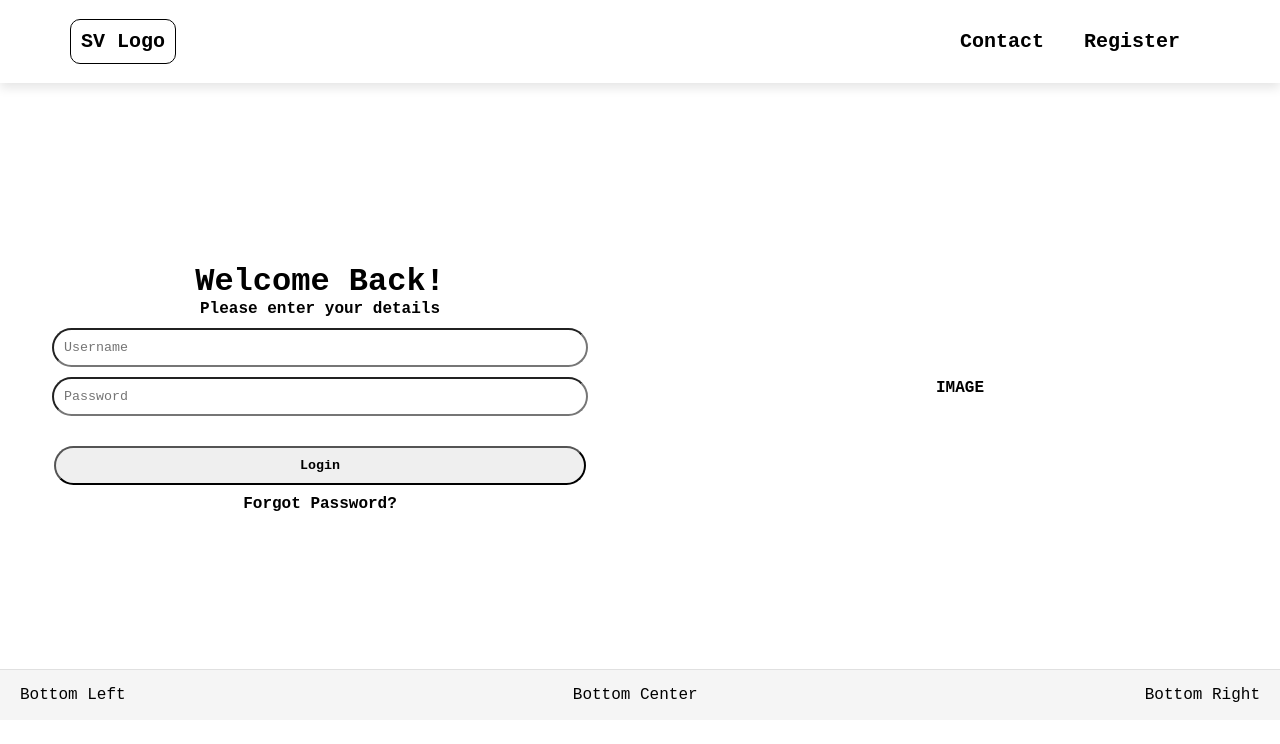
Repository: BuddhimaB/SecureVisionAI
Page: / (app in client/)
These files come from the project's save history. The page is drawn as it stood at one moment and after a run of saves; the edit follows.
The browser window is 1280 px wide. The pictures show the whole page.
The pointer rests on the first visible `.fogotPass`.
The project was rebuilt for these pictures with package versions that can differ from the ones it lists, and the page was loaded fresh each time.

Above is the page before, as saved 2024-07-13 19:25:51.

### client/public/index.html
<!DOCTYPE html>
<html lang="en">
  <head>
    <meta charset="utf-8" />
    <link rel="icon" href="%PUBLIC_URL%/favicon.ico" />
    <meta name="viewport" content="width=device-width, initial-scale=1" />

    <meta
      name="description"
      content="Web site created using create-react-app"
    />
    <link rel="preconnect" href="https://fonts.googleapis.com">
<link rel="preconnect" href="https://fonts.gstatic.com" crossorigin>
<link href="https://fonts.googleapis.com/css2?family=Roboto:ital,wght@0,100;0,300;0,400;0,500;0,700;0,900;1,100;1,300;1,400;1,500;1,700;1,900&display=swap" rel="stylesheet">
<link rel="stylesheet" href="style.css">
    <title>SecureVision App</title>
  </head>
  <body>
    <noscript>You need to enable JavaScript to run this app.</noscript>
    <div id="root"></div>

  </body>
</html>

### client/src/App.js
import Login from "./Pages/Login/login";

function App() {
  return (
    <div className="App">
      <Login />
    </div>
  );
}

export default App;

### client/src/Pages/Login/login.jsx
import './Login.css'
import Topbar from '../../components/Topbar/Topbar'
import Bottom from '../../components/BottomDetails/Bottom'

export default function Login() {
  return (
    <div>
      <Topbar />
      <div className='feedContainer'>
        <div className="feedLeft">
          <h1>Welcome Back!</h1>
          <h4> Please enter your details</h4>
          <div className="inputField">
          <input
          className='inputField'
          type="text"
          placeholder="Username" />

          <input className='inputField'
          type="password"
          placeholder="Password" />
          </div>
          <button className="loginButton">Login</button>
          <span className='fogotPass'>Forgot Password?</span>
        </div>

        <div className="feedRight">
          <h4>IMAGE</h4>

        </div>
        </div>
        <Bottom />
    </div>
  )
}

### client/src/Pages/Login/Login.css
.feedContainer{
    display: flex;
    justify-content: center;
    align-items: center;


}
.feedLeft{
    display: flex;
    flex-direction: column;
    justify-content: center;
    align-items: center;
    width: 50%;
    height: calc(100vh - 110px);

}
.inputField{
    display: flex;
    justify-content: center;
    align-items: center;
    flex-direction: column;
    margin-bottom: 10px;
    padding: 10px;
    border-radius: 40px;
    width: 80%;
}
.inputField > input{
    width: 100%;
    padding: 10px;


    margin-bottom: 10px;
}
.loginButton{
    padding: 10px;
    border-radius: 40px;
    width: 83%;

    color:black;
    font-weight: 700;
    cursor: pointer;
    margin-bottom: 10px;
}
.loginButton:hover{
    background-color: #9b1cc2;
    color:white
}
.fogotPass{
    font-weight: 700;
    cursor: pointer;

}

.feedRight{
    display: flex;
    justify-content: center;
    align-items: center;
    width: 50%;
    height: calc(100vh - 1100px);
    background-color: #fff;
}

### client/src/components/Topbar/Topbar.jsx
import './Topbar.css'

export default function Topbar() {
  return (
    <div className='topbarContainer'>
        <div className="topbarLeft">
            <span className="logo">SV Logo</span>
        </div>

        <div className="topbarRight">
            <div className="topbarLinks">
                <span className="topbarLink">Contact</span>
                <span className="topbarLink">Register</span>
            </div>

        </div>

    </div>
  )
}

### client/src/components/BottomDetails/Bottom.jsx
import './Bottom.css'

export default function Bottom() {
  return (
    <div className='bottomContainer'>
        <div className='bottomLeft'>
            <span>Bottom Left</span>
        </div>
        <div className='bottomCenter'>
            <span>Bottom Center</span>
        </div>
        <div className='bottomRight'>
            <span>Bottom Right</span>
        </div>
    </div>
  )
}

### client/src/components/Topbar/Topbar.css
.topbarContainer{
    display: flex;
    justify-content: space-between;
    align-items: center;
    top: 0;
    z-index: 999;
    padding: 30px;
    background-color: #fff;
    box-shadow: 0 5px 10px rgba(0, 0, 0, 0.1);
    position: sticky;
}
.logo{
    font-size: 20px;
    font-weight: 700;
    border: 1px solid #000;
    padding: 10px;
    border-radius: 10px;
    margin-left: 40px;
}
.topbarRight{
    display: flex;
    align-items: center;
    margin-right: 40px;

}
.topbarLink{
    margin-right: 20px;
    font-size: 20px;
    font-weight: 700;
    padding: 10px;
    border-radius: 10px;
    cursor: pointer;
}
.topbarLink:hover{
    background-color: #9b1cc2;
    color: white;
}

### client/src/components/BottomDetails/Bottom.css
.bottomContainer{
    display: flex;
    justify-content: space-between;
    align-items: center;
    position: sticky;
    bottom: 0;
    padding: 0 20px;
    height: 50px;
    background-color: #f5f5f5;
    border-top: 1px solid #e0e0e0;
}

### client/public/style.css
*{
    margin: 0;
    font-family: 'Courier New', Courier, monospace;
}

Loaded but not shown: client/src/index.js (common file)

After the next 3 saves:
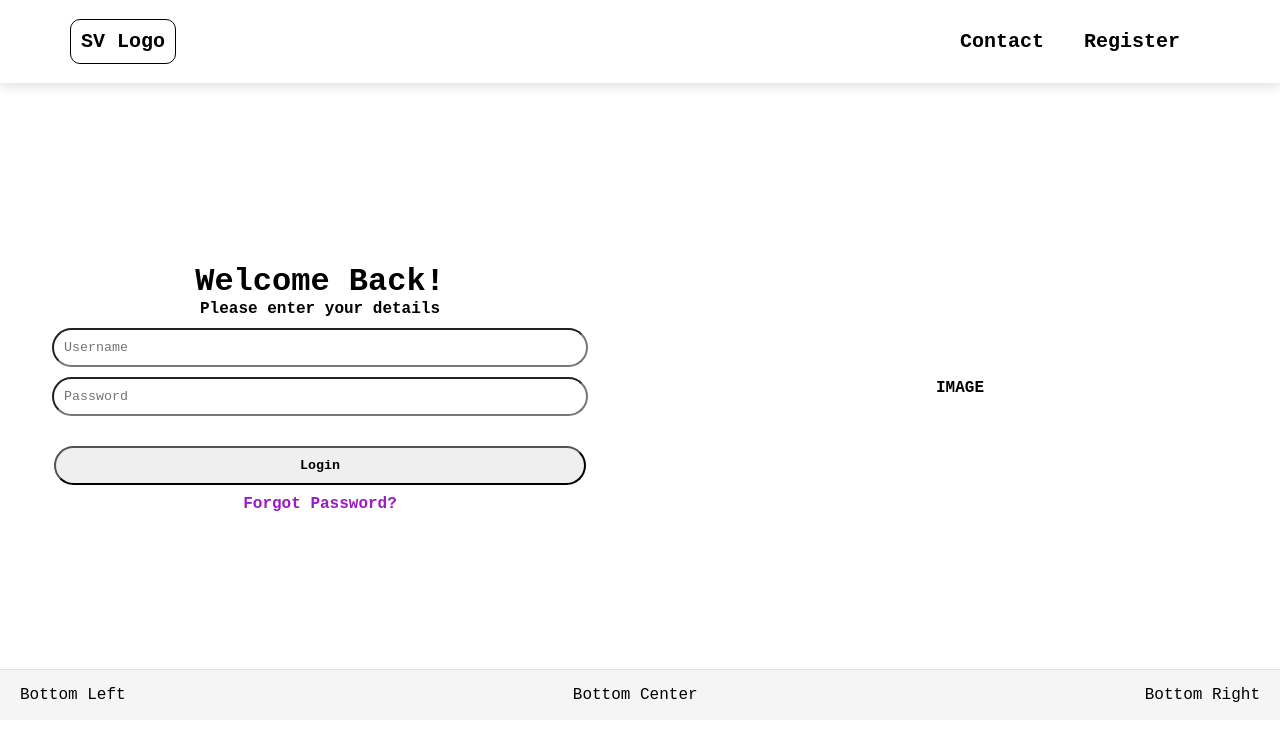
The 3 saves are shown as one change because they came seconds apart.
The last was saved 11 s later.
--- a/client/src/Pages/Login/Login.css
+++ b/client/src/Pages/Login/Login.css
@@ -50,7 +50,9 @@
     cursor: pointer;
 
 }
-
+.fogotPass:hover{
+    color: #9b1cc2;
+}
 .feedRight{
     display: flex;
     justify-content: center;
